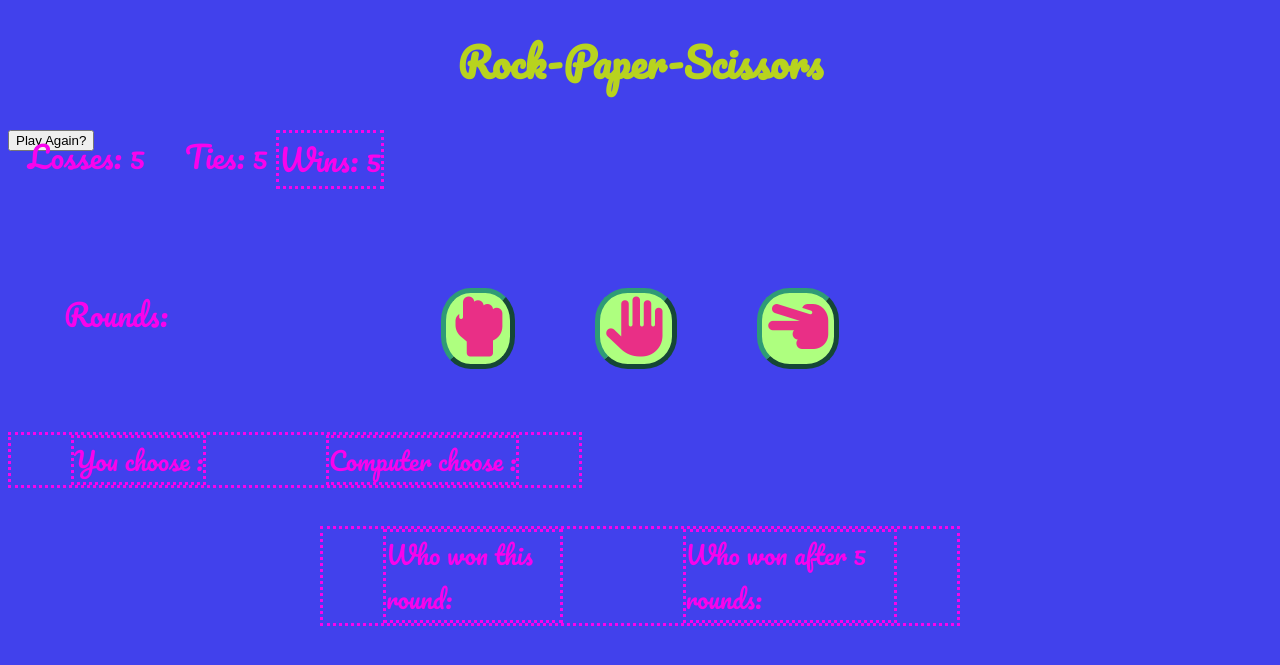
Repository: 0101chaitanya/Rock-Paper-Scissors
Page: index.html
The author's editor kept a copy of each file at every save. The page is drawn from the files as they stood at one save, then again after the next save.
The browser window is 1280 px wide. The pictures show the whole page.
Some web libraries are served in a nearby version.

Above is the page before, as saved 2021-05-15 15:36:14.
Not found: linkk.js

### index.html
<!DOCTYPE html>
<html>

<head>
    <meta charset="utf-8">
    <title>Rock-Paper-Scissors</title>
    <link rel="stylesheet" href="style.css">
    <script src="https://kit.fontawesome.com/3dcaf9f6de.js" crossorigin="anonymous"></script>
    <link rel="preconnect" href="https://fonts.gstatic.com">
    <link href="https://fonts.googleapis.com/css2?family=Pacifico&display=swap" rel="stylesheet">
</head>

<body>
    <h1 id="welcome">Rock-Paper-Scissors</h1>
    <div id="div1">
        <span id="wins" class="score">Wins: 5</span>
        <span id="losses" class="score">Losses: 5</span>
        <span id="ties" class="score">Ties: 5</span>
    </div>
    <div id="div2">
        <span id="rounds">Rounds:</span>
    </div>
    <div id="div3">
        <button class="square" id="holder1" href="#"><i class="fas fa-hand-rock"></i></button>
        <button class="square" id="holder2" href="#"><i class="fas fa-hand-paper"></i></button>
        <button class="square" id="holder3" href="#"><i class="fas fa-hand-scissors"></i></button>
    </div>
    <div id="div4">
        <span id="you" class="player">You choose :</span>
        <span id="computer" class="player">Computer choose :</span>
    </div>
    <div id="div5">
        <span id="roundwin" class="round">Who won this round:</span>
        <span id="round5er" class="round">Who won after 5 rounds:</span>
    </div>
    <button id="repeat">Play Again?</button>
    <script type="text/javascript" src="linkk.js"></script>
</body>

</html>

### style.css
html{
    margin: 0;
    font-family: 'Pacifico', cursive;
    background-color:rgb(65, 65, 236);
display: block;
}

h1  {
       text-align: center;
     color:rgb(184, 211, 30) ;
    font-size: 40px;
}
#div1{
     display: flex;
     justify-content: space-evenly;
     font-size: 30px;
     color:rgb(248, 3, 236);
    position : fixed;
    top: 18%;
    }
.score {
        margin: auto 20px ;
    }
    #wins {
       position: fixed;
        left: 20%;

    border-style:dotted;
    }
#div2 {
     display: flex;
     justify-content: space-evenly;
     font-size: 30px;
     color:rgb(248, 3, 236);
    position : fixed;
    top: 40%;
    left: 5%;
}
 #div3 {
display: flex;
flex-direction: row;
justify-content:center;
position: fixed;
top: 40%;
align-content: center;
left: 50%;
right: 50%;
padding:0;
  }
.square{
    background-color: rgb(174, 255, 127);
    font-size: 60px;
    display: inline-block;
color: rgb(233, 47, 134);
border-radius: 40%;
border-width: 5px;
border-color:rgb(46, 155, 118);
margin:auto 40px;
}
#div4 {
     display: flex;
     flex-direction: row;
     justify-content: center;
     font-size: 25px;
     color:rgb(248, 3, 236);
    position : fixed;
    top: 60%;
    padding: auto;
    border-style:dotted;

}
.player {
    margin: auto 60px;
    display: flex;
    flex-direction: row;
    border-style:dotted;
    flex-wrap: nowrap;

}
#div5 {
     display: flex;
     flex-direction: row;
     justify-content: center;
     font-size: 25px;
     color:rgb(248, 3, 236);
    position : fixed;
    top: 73%;
    left: 25%;
    right: 25%;
    padding: auto;
    border-style:dotted;

}
.round {
    margin: auto 60px;
    display: flex;
    flex-direction: row;
    border-style:dotted;
    flex-wrap: nowrap;
}

After the next save:
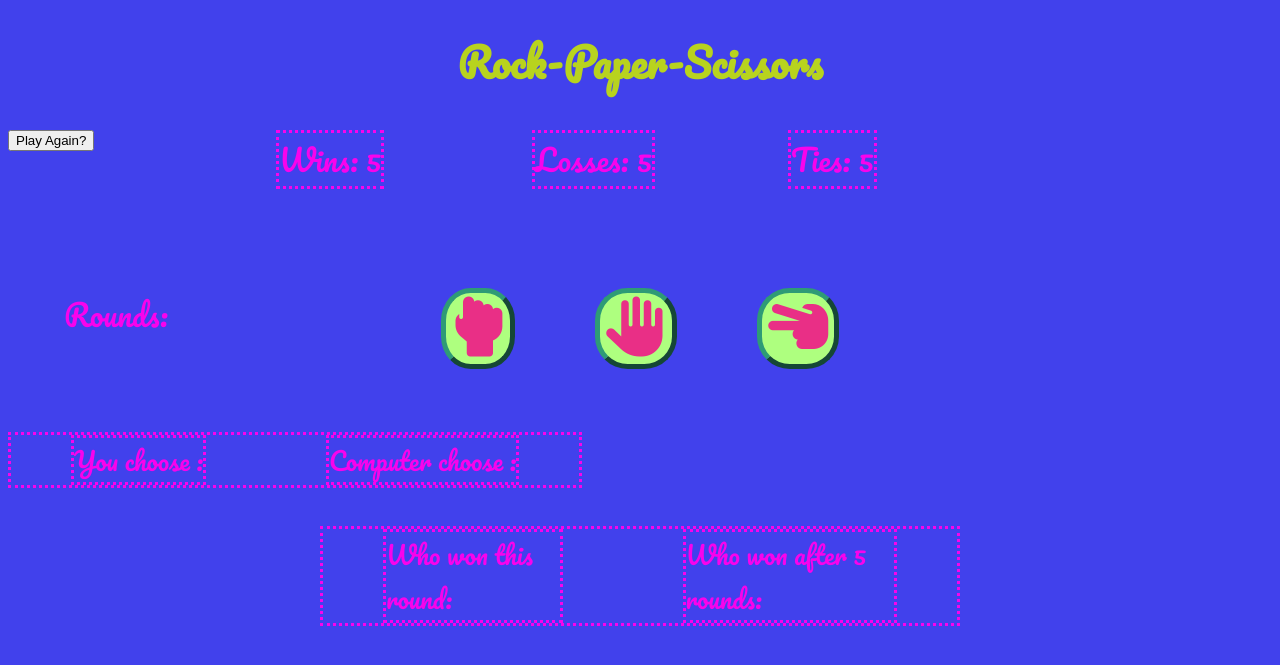
Saved 52 s later.
--- a/style.css
+++ b/style.css
@@ -27,6 +27,19 @@ h1  {
 
     border-style:dotted;
     }
+    #losses {
+       position: fixed;
+        left: 40%;
+
+    border-style:dotted;
+    }
+    #ties {
+       position: fixed;
+        left: 60%;
+
+    border-style:dotted;
+    }
+
 #div2 {
      display: flex;
      justify-content: space-evenly;
